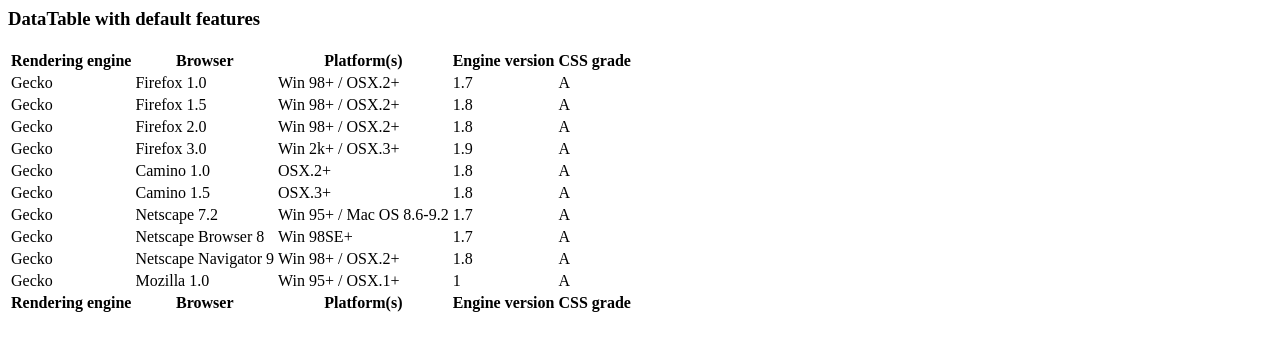
Repository: gw9955/eGov
Page: http://localhost/egovProj/WEB-INF/views/book/list.jsp
The author's editor kept a copy of each file at every save. The page is drawn from the files as they stood at one save, then again after the next save.
The browser window is 1280 px wide. The pictures show the whole page.
The page is served by Tomcat 9. Nobody is signed in. Other server files are loaded and not shown. The template is opened directly, without the code that normally fills it, so the values that code supplies are empty.

Above is the page before, as saved 2022-11-11 07:58:09.

### egovProj/src/main/webapp/WEB-INF/views/book/list.jsp
<%@ page language="java" contentType="text/html; charset=UTF-8"%>
<%@ taglib prefix="c" uri="http://java.sun.com/jsp/jstl/core"%>
<div class="card">
	<div class="card-header">
		<h3 class="card-title">DataTable with default features</h3>
	</div>
	<div class="card-body">
		<div id="example1_wrapper" class="dataTables_wrapper dt-bootstrap4">
			<div class="row">
				<div class="col-sm-12">
					<table id="example1"
						class="table table-bordered table-striped dataTable dtr-inline"
						aria-describedby="example1_info">
						<thead>
							<tr>
								<th class="sorting sorting_asc" tabindex="0"
									aria-controls="example1" rowspan="1" colspan="1"
									aria-sort="ascending"
									aria-label="Rendering engine: activate to sort column descending">Rendering
									engine</th>
								<th class="sorting" tabindex="0" aria-controls="example1"
									rowspan="1" colspan="1"
									aria-label="Browser: activate to sort column ascending">Browser</th>
								<th class="sorting" tabindex="0" aria-controls="example1"
									rowspan="1" colspan="1"
									aria-label="Platform(s): activate to sort column ascending">Platform(s)</th>
								<th class="sorting" tabindex="0" aria-controls="example1"
									rowspan="1" colspan="1"
									aria-label="Engine version: activate to sort column ascending">Engine
									version</th>
								<th class="sorting" tabindex="0" aria-controls="example1"
									rowspan="1" colspan="1"
									aria-label="CSS grade: activate to sort column ascending">CSS
									grade</th>
							</tr>
						</thead>
						<tbody>
							<tr class="odd">
								<td class="dtr-control sorting_1" tabindex="0">Gecko</td>
								<td>Firefox 1.0</td>
								<td>Win 98+ / OSX.2+</td>
								<td>1.7</td>
								<td>A</td>
							</tr>
							<tr class="even">
								<td class="dtr-control sorting_1" tabindex="0">Gecko</td>
								<td>Firefox 1.5</td>
								<td>Win 98+ / OSX.2+</td>
								<td>1.8</td>
								<td>A</td>
							</tr>
							<tr class="odd">
								<td class="dtr-control sorting_1" tabindex="0">Gecko</td>
								<td>Firefox 2.0</td>
								<td>Win 98+ / OSX.2+</td>
								<td>1.8</td>
								<td>A</td>
							</tr>
							<tr class="even">
								<td class="dtr-control sorting_1" tabindex="0">Gecko</td>
								<td>Firefox 3.0</td>
								<td>Win 2k+ / OSX.3+</td>
								<td>1.9</td>
								<td>A</td>
							</tr>
							<tr class="odd">
								<td class="sorting_1 dtr-control">Gecko</td>
								<td>Camino 1.0</td>
								<td>OSX.2+</td>
								<td>1.8</td>
								<td>A</td>
							</tr>
							<tr class="even">
								<td class="sorting_1 dtr-control">Gecko</td>
								<td>Camino 1.5</td>
								<td>OSX.3+</td>
								<td>1.8</td>
								<td>A</td>
							</tr>
							<tr class="odd">
								<td class="sorting_1 dtr-control">Gecko</td>
								<td>Netscape 7.2</td>
								<td>Win 95+ / Mac OS 8.6-9.2</td>
								<td>1.7</td>
								<td>A</td>
							</tr>
							<tr class="even">
								<td class="sorting_1 dtr-control">Gecko</td>
								<td>Netscape Browser 8</td>
								<td>Win 98SE+</td>
								<td>1.7</td>
								<td>A</td>
							</tr>
							<tr class="odd">
								<td class="sorting_1 dtr-control">Gecko</td>
								<td>Netscape Navigator 9</td>
								<td>Win 98+ / OSX.2+</td>
								<td>1.8</td>
								<td>A</td>
							</tr>
							<tr class="even">
								<td class="sorting_1 dtr-control">Gecko</td>
								<td>Mozilla 1.0</td>
								<td>Win 95+ / OSX.1+</td>
								<td>1</td>
								<td>A</td>
							</tr>
						</tbody>
						<tfoot>
							<tr>
								<th rowspan="1" colspan="1">Rendering engine</th>
								<th rowspan="1" colspan="1">Browser</th>
								<th rowspan="1" colspan="1">Platform(s)</th>
								<th rowspan="1" colspan="1">Engine version</th>
								<th rowspan="1" colspan="1">CSS grade</th>
							</tr>
						</tfoot>
					</table>
				</div>
			</div>
<!-- 			<div class="row"> -->
<!-- 				<div class="col-sm-12 col-md-5"> -->
<!-- 					<div class="dataTables_info" id="example1_info" role="status" -->
<!-- 						aria-live="polite">Showing 1 to 10 of 57 entries</div> -->
<!-- 				</div> -->
<!-- 				<div class="col-sm-12 col-md-7"> -->
<!-- 					<div class="dataTables_paginate paging_simple_numbers" -->
<!-- 						id="example1_paginate"> -->
<!-- 						<ul class="pagination"> -->
<!-- 							<li class="paginate_button page-item previous disabled" -->
<!-- 								id="example1_previous"><a href="#" aria-controls="example1" -->
<!-- 								data-dt-idx="0" tabindex="0" class="page-link">Previous</a></li> -->
<!-- 							<li class="paginate_button page-item active"><a href="#" -->
<!-- 								aria-controls="example1" data-dt-idx="1" tabindex="0" -->
<!-- 								class="page-link">1</a></li> -->
<!-- 							<li class="paginate_button page-item "><a href="#" -->
<!-- 								aria-controls="example1" data-dt-idx="2" tabindex="0" -->
<!-- 								class="page-link">2</a></li> -->
<!-- 							<li class="paginate_button page-item "><a href="#" -->
<!-- 								aria-controls="example1" data-dt-idx="3" tabindex="0" -->
<!-- 								class="page-link">3</a></li> -->
<!-- 							<li class="paginate_button page-item "><a href="#" -->
<!-- 								aria-controls="example1" data-dt-idx="4" tabindex="0" -->
<!-- 								class="page-link">4</a></li> -->
<!-- 							<li class="paginate_button page-item "><a href="#" -->
<!-- 								aria-controls="example1" data-dt-idx="5" tabindex="0" -->
<!-- 								class="page-link">5</a></li> -->
<!-- 							<li class="paginate_button page-item "><a href="#" -->
<!-- 								aria-controls="example1" data-dt-idx="6" tabindex="0" -->
<!-- 								class="page-link">6</a></li> -->
<!-- 							<li class="paginate_button page-item next" id="example1_next"><a -->
<!-- 								href="#" aria-controls="example1" data-dt-idx="7" tabindex="0" -->
<!-- 								class="page-link">Next</a></li> -->
<!-- 						</ul> -->
<!-- 					</div> -->
<!-- 				</div> -->
<!-- 			</div> -->
		</div>
	</div>
</div>

After the next save:
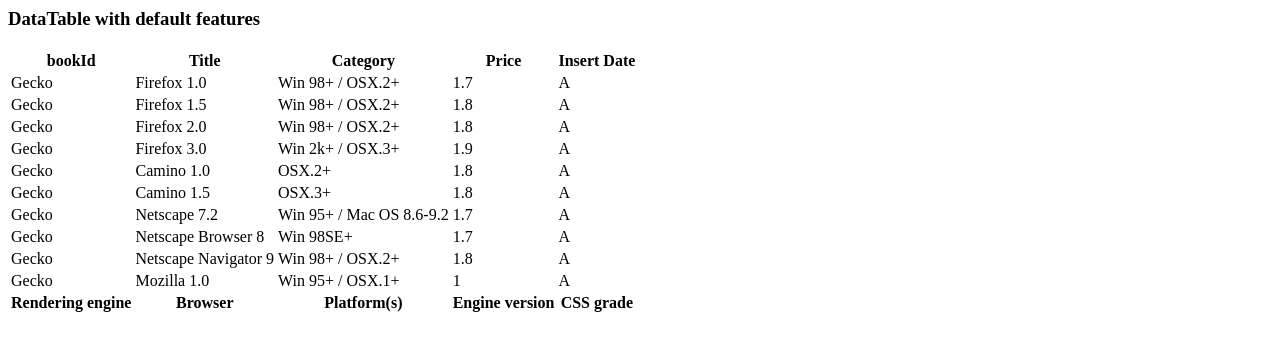
Saved 2 min 39 s later.
--- a/egovProj/src/main/webapp/WEB-INF/views/book/list.jsp
+++ b/egovProj/src/main/webapp/WEB-INF/views/book/list.jsp
@@ -16,22 +16,19 @@
 								<th class="sorting sorting_asc" tabindex="0"
 									aria-controls="example1" rowspan="1" colspan="1"
 									aria-sort="ascending"
-									aria-label="Rendering engine: activate to sort column descending">Rendering
-									engine</th>
+									aria-label="bookId: activate to sort column descending">bookId</th>
 								<th class="sorting" tabindex="0" aria-controls="example1"
 									rowspan="1" colspan="1"
-									aria-label="Browser: activate to sort column ascending">Browser</th>
+									aria-label="Title activate to sort column ascending">Title</th>
 								<th class="sorting" tabindex="0" aria-controls="example1"
 									rowspan="1" colspan="1"
-									aria-label="Platform(s): activate to sort column ascending">Platform(s)</th>
+									aria-label="Category: activate to sort column ascending">Category</th>
 								<th class="sorting" tabindex="0" aria-controls="example1"
 									rowspan="1" colspan="1"
-									aria-label="Engine version: activate to sort column ascending">Engine
-									version</th>
+									aria-label="Price: activate to sort column ascending">Price</th>
 								<th class="sorting" tabindex="0" aria-controls="example1"
 									rowspan="1" colspan="1"
-									aria-label="CSS grade: activate to sort column ascending">CSS
-									grade</th>
+									aria-label="Insert Date: activate to sort column ascending">Insert Date</th>
 							</tr>
 						</thead>
 						<tbody>
